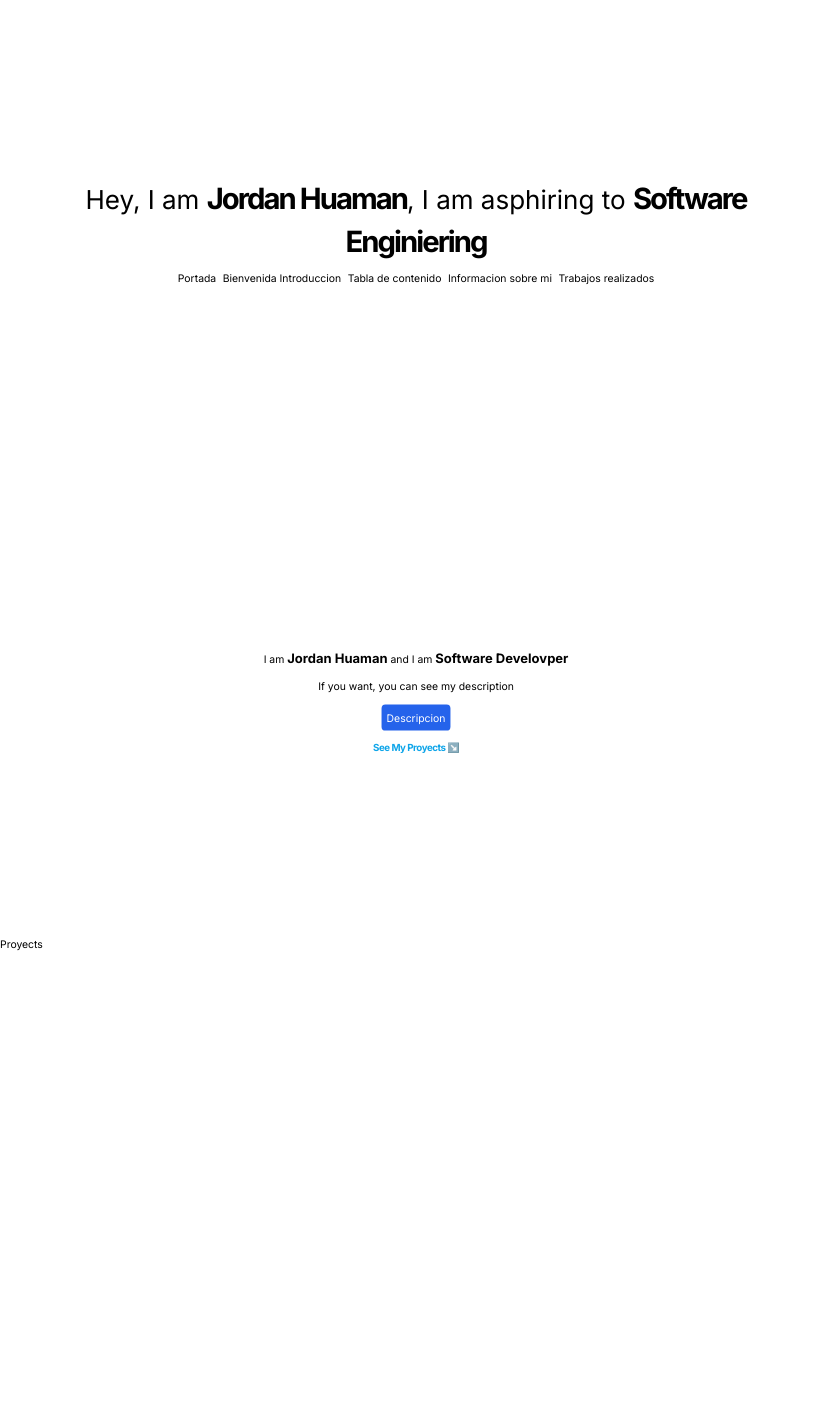
Repository: devsecops-node/portafolio-nextj-pages
Page: /
An editor plug-in stored every save of this project. The page is shown before and after the next save, followed by the edit.
The browser window is 1280 px wide. The pictures show the whole page, at 65% of full size.
The project was rebuilt for these pictures with package versions that can differ from the ones it lists, and the page was loaded fresh each time. The framework's server and built-in components were replaced by stand-ins that run in the browser. Also part of the build but not shown: next.config.js, src/components/Modal.jsx, src/styles/transitionPage.module.css.

Above is the page before, as saved 2024-01-15 04:26:38.

### src/app/page.js
"use client"
import Dashboard from '@/components/Dashboard'
import Transition from '@/components/Transition'
import Image from 'next/image'
import { useEffect, useState } from 'react'

export default function Home() {
  const [showAnimation, setShowAnimation] = useState(true)

  useEffect(() => {
    console.log('Ejecutando')
    setTimeout(() => {
      setShowAnimation(false)
    }, 2000)
  }, [])
  return (
    <main className='h-[100vh]'>
      {showAnimation ? <Transition /> : <Dashboard />}
    </main>
  )
}

### src/components/Dashboard.jsx
import React from 'react'
import stles from "@/styles/dashboard.module.css"
import Portada from './Portada'
import { useRef } from 'react'
import Proyects from './Proyects'

const Dashboard = () => {

  const scrollToPortada = () => {
    const portada = document.getElementById('portada')

    if (portada) {
      console.log('ejecutando id')
      portada.scrollIntoView({ behavior: 'smooth' })
    }
  }

  const scrollToProyects = () => {
    const portada = document.getElementById('proyects')

    if (portada) {
      console.log('ejecutando id')
      portada.scrollIntoView({ behavior: 'smooth' })
    }
  }

  return (
    <section className={stles.home_view}>
      <div className='h-screen flex justify-center items-center flex-col'>
        <div className={stles.home_view_principal}>
          <p className={stles.animar_text} id='detec'> Hey, I am <span className="animacion-bolder">Jordan
            Huaman</span>, I am asphiring to <span className={stles.detect}>Software Enginiering</span>
          </p>
        </div>
        <div className={stles.home_view_links}>
          <a onClick={scrollToPortada} className={stles.animar_abajo}>
            <p>Portada</p>
          </a>
          <a href="" className={stles.animar_abajo}>
            <p>Bienvenida Introduccion</p>
          </a>
          <a href="" className={stles.animar_arriba}>
            <p>Tabla de contenido</p>
          </a><a href="" className={stles.animar_arriba}>
            <p>Informacion sobre mi</p>
          </a>
          <a href="" className={stles.animar_abajo}>
            <p>Trabajos realizados</p>
          </a>

        </div>
        <div>
        </div>
      </div>
      <div id='portada'>
        <Portada scrolProyects={scrollToProyects}/>
      </div>
      <div id='proyects'>
        <Proyects/>
      </div>
    </section>
  )
}

export default Dashboard

### src/components/Transition.jsx
import React from 'react'
import styles from "@/styles/transitionPage.module.css"

const Transition = () => {
  return (
    <div className={styles.home}>
      <main className=''>
        <p className={styles.text_1}>Jh</p>
        <p className={styles.text_2}>Jordan Huaman - Porfolio</p>
      </main>
      <footer>
        <p className={styles.text_3}>Software Engineerin - 2024</p>
      </footer>
    </div>
  )
}

export default Transition

### src/styles/dashboard.module.css
/* ? Home-view part */
.home_view {
  height: 100%;
}

.animar_text {
  animation: apper-2 2s;
  -webkit-animation: apper-2 2s;
}

.home_view_principal {
  width: 90%;
  margin: 0 auto;
}

.home_view_principal p {
  text-align: center;
  font-size: 40px;
}

.home_view_principal p span {
  font-size: 45px;
  letter-spacing: -3px;
  font-weight: bold;
}

.home_view_principal p span:hover .child {
  background-color: red;
}

@keyframes apper-2 {
  0% {
    opacity: 0;
    transform: translateY(-200px);
    -webkit-transform: translateY(-200px);
    -moz-transform: translateY(-200px);
    -ms-transform: translateY(-200px);
    -o-transform: translateY(-200px);
  }

  50% {
    opacity: 1;
    transform: translateY(-20px);
    -webkit-transform: translateY(-20px);
    -moz-transform: translateY(-20px);
    -ms-transform: translateY(-20px);
    -o-transform: translateY(-20px);
  }

  100% {
    opacity: 1;
    transform: translateY(0px);
    -webkit-transform: translateY(0px);
    -moz-transform: translateY(0px);
    -ms-transform: translateY(0px);
    -o-transform: translateY(0px);
  }
}

.home_view_links {
  display: flex;
  padding: 10px;
  justify-content: space-between;
  gap: 10px;
}

/* Line aniamtion */
.line-animation {
  display: inline;
  cursor: pointer;
  position: relative;
  /* padding: 5px; */
}

.line-animation::after {
  /* margin-top: 10px; */
  content: "";
  position: absolute;
  width: 100%;
  height: 3px;
  top: auto;
  bottom: 14px;
  left: -4px;
  transform: scaleX(0);
  box-shadow: 0 5px 0 black;
  transform-origin: bottom right;
  transition: transform 0.5s ease-out;
}

.line-animation:hover:after {
  transform: scaleX(1);
  transform-origin: bottom left;
}

.animacion-bolder {
  animation: animar-bold 2s linear alternate slidein;
  -webkit-animation: animar-bold 2s linear alternate slidein;
}

.animar_arriba{
  animation: apper-arriba 2s;
  -webkit-animation: apper-arriba 2s;
}
.animar_abajo{
  cursor: pointer;
  animation: apper-abajo 2s;
  -webkit-animation: apper-abajo 2s;

}

@keyframes apper-arriba {
  0% {
    opacity: 0;
    transform: translateY(200px);
    -webkit-transform: translateY(200px);
    -moz-transform: translateY(200px);
    -ms-transform: translateY(200px);
    -o-transform: translateY(200px);
}

  50% {
    opacity: 1;
    transform: translateY(-20px);
    -webkit-transform: translateY(-20px);
    -moz-transform: translateY(-20px);
    -ms-transform: translateY(-20px);
    -o-transform: translateY(-20px);
  }

  100% {
    opacity: 1;
    transform: translateY(0px);
    -webkit-transform: translateY(0px);
    -moz-transform: translateY(0px);
    -ms-transform: translateY(0px);
    -o-transform: translateY(0px);
  }
}
@keyframes apper-abajo {
  0% {
    opacity: 0;
    transform: translateY(-200px);
    -webkit-transform: translateY(-200px);
    -moz-transform: translateY(-200px);
    -ms-transform: translateY(-200px);
    -o-transform: translateY(-200px);
}

  50% {
    opacity: 1;
    transform: translateY(-20px);
    -webkit-transform: translateY(-20px);
    -moz-transform: translateY(-20px);
    -ms-transform: translateY(-20px);
    -o-transform: translateY(-20px);
  }

  100% {
    opacity: 1;
    transform: translateY(0px);
    -webkit-transform: translateY(0px);
    -moz-transform: translateY(0px);
    -ms-transform: translateY(0px);
    -o-transform: translateY(0px);
  }
}

@keyframes animar-bold {
  0% {
    opacity: 0;
  }

  100% {
    opacity: 1;
  }
}

### src/components/Portada.jsx
import React, { useState } from 'react'
import Modal from './Modal'

const Portada = ({ scrolProyects }) => {
  const [modal, setModal] = useState(false)
  const showModal = () => {
    setModal(true)
  }
  const closeModal = () => {
    setModal(false)
  }

  const srolPro = () => {
    scrolProyects()
  }

  return (
    <div className='h-screen flex justify-center items-center relative'>
      <section className='flex justify-center flex-col items-center gap-4'>
        <p>I am <span className='text-[20px] font-bold'>Jordan Huaman</span> and I am <span className='text-[20px] font-bold'>Software Develovper</span></p>
        <p>If you want, you can see my description</p>
        <button onClick={showModal} className='bg-blue-600 p-2 rounded-md text-white hover:scale-105 duration-150 ease-in-out'>Descripcion</button>
        {modal ? <Modal setModal={closeModal}  /> : <></>}
        <p className='text-sky-500 font-bold tracking-tighter text-[15px] transition-all duration-150 hover:scale-105 ease-in-out cursor-pointer' onClick={srolPro}>See My Proyects <span>↘️</span></p>
      </section>
    </div>
  )
}

export default Portada

### src/components/Proyects.jsx
import React from 'react'

const Proyects = () => {
  return (
    <div className='h-screen'>Proyects</div>
  )
}

export default Proyects

Loaded but not shown: src/app/layout.js (common file); src/app/globals.css (common file); tailwind.config.js (common file)

After the next save:
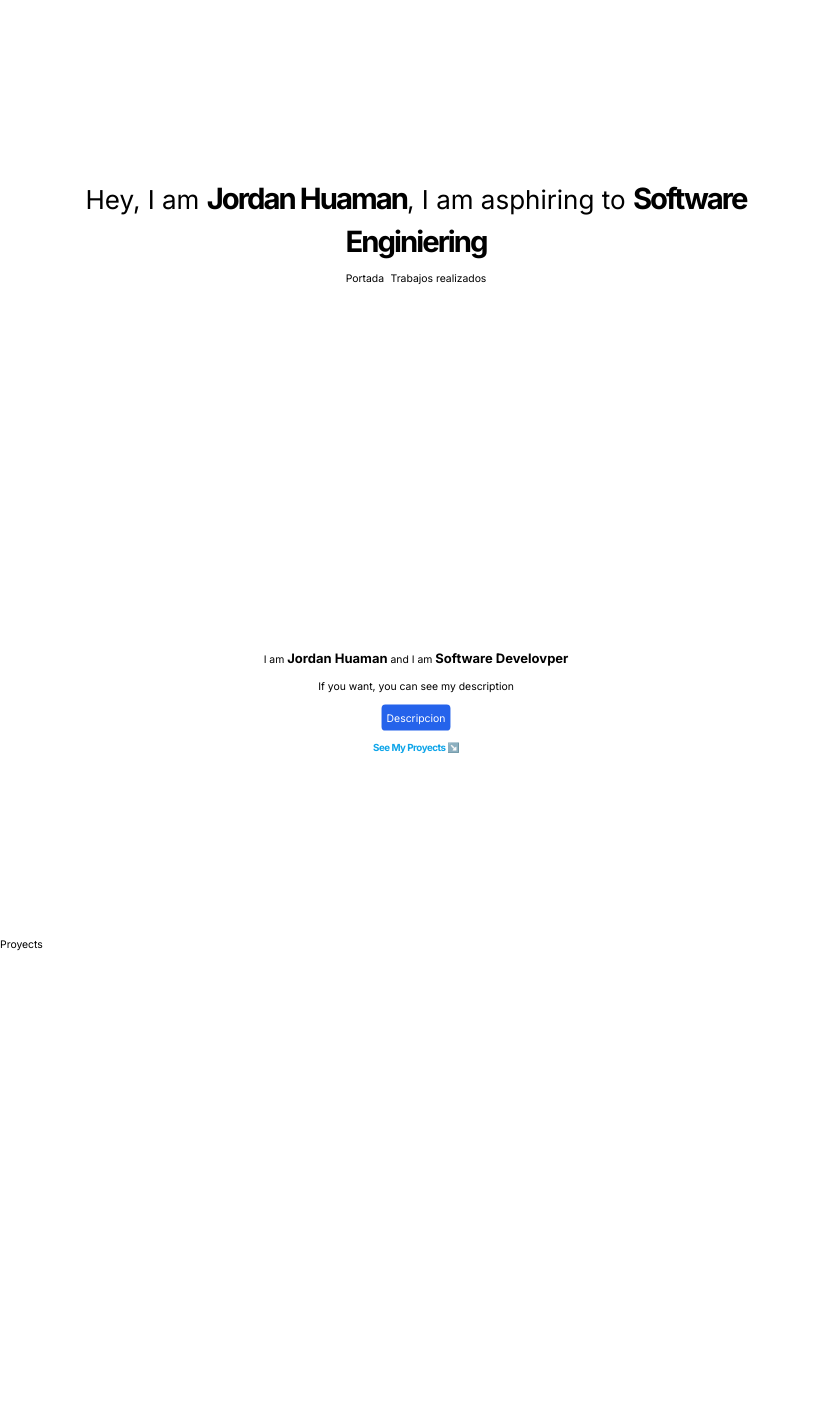
Saved 43 s later.
--- a/src/components/Dashboard.jsx
+++ b/src/components/Dashboard.jsx
@@ -36,15 +36,15 @@ const Dashboard = () => {
           <a onClick={scrollToPortada} className={stles.animar_abajo}>
             <p>Portada</p>
           </a>
-          <a href="" className={stles.animar_abajo}>
+          {/* <a href="" className={stles.animar_abajo}>
             <p>Bienvenida Introduccion</p>
           </a>
           <a href="" className={stles.animar_arriba}>
             <p>Tabla de contenido</p>
           </a><a href="" className={stles.animar_arriba}>
             <p>Informacion sobre mi</p>
-          </a>
-          <a href="" className={stles.animar_abajo}>
+          </a> */}
+          <a href="" onClick={scrollToProyects} className={stles.animar_abajo}>
             <p>Trabajos realizados</p>
           </a>
 
